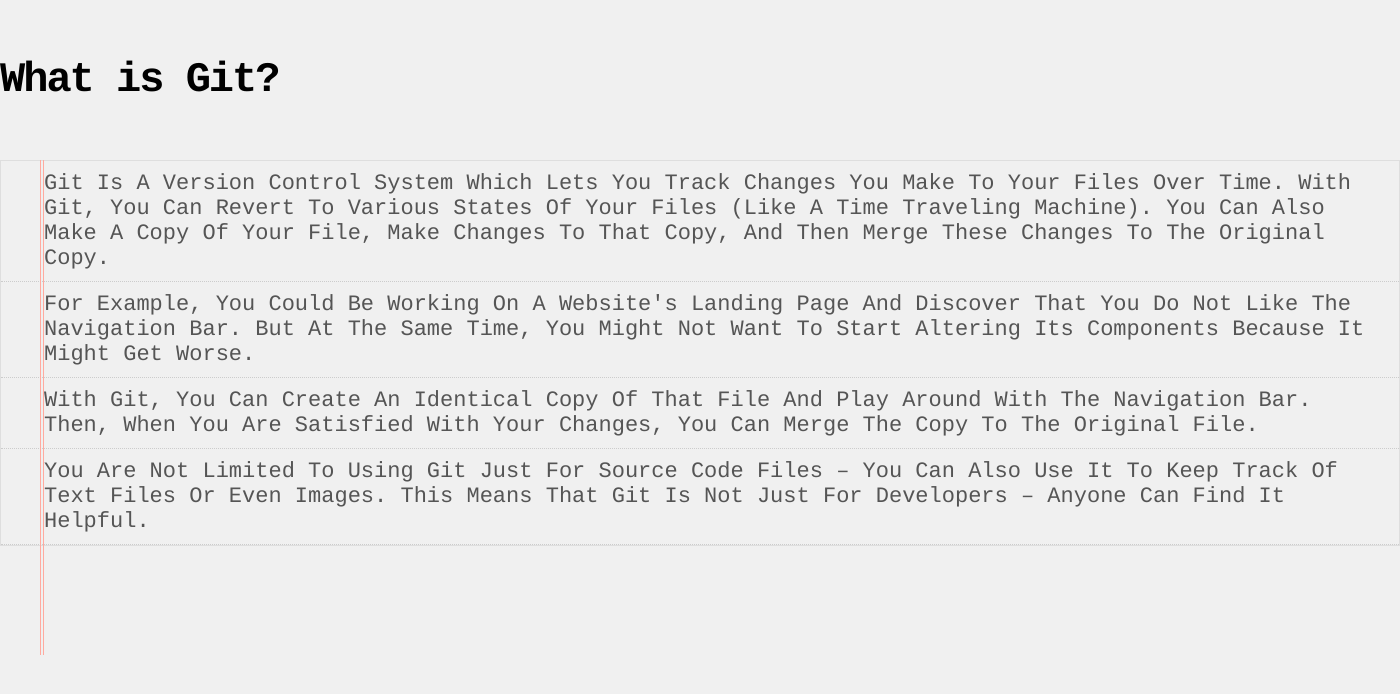
Repository: dev-singh-kanyal/Archive-git_github
Page: src/what is git.html
These files come from the project's save history. The page is drawn as it stood at one moment and after the next save; the edit follows.
The browser window is 1280 px wide. The page is 1400 px wide, so the pictures cover 1400 px, including what lies to the right of the window. The pictures show the whole page.
Some web fonts or font styles are not loaded; a fallback is used.

Above is the page before, as saved 2022-06-24 16:44:55.

### src/what is git.html
<!DOCTYPE HTML>
<html>

<head>
   <meta charset="UTF-8">
   <title>Git</title>
   <link rel="stylesheet" href="/src/style.css">
   <link href="https://fonts.googleapis.com/css2?family=Reenie+Beanie&display=swap" rel="stylesheet">
</head>

<body>

    <h4>What is Git?</h4>

    <div class="lines"></div>

    <ul class="list">
      <li>Git is a version control system which lets you track changes you make to your files over time. With Git, you can revert to various states of your files (like a time traveling machine). You can also make a copy of your file, make changes to that copy, and then merge these changes to the original copy.</li>
      <li>For example, you could be working on a website's landing page and discover that you do not like the navigation bar. But at the same time, you might not want to start altering its components because it might get worse.</li>
      <li>With Git, you can create an identical copy of that file and play around with the navigation bar. Then, when you are satisfied with your changes, you can merge the copy to the original file.</li>
      <li>You are not limited to using Git just for source code files – you can also use it to keep track of text files or even images. This means that Git is not just for developers – anyone can find it helpful.</li>
    </ul>

</body>
</html>

### src/style.css
body {
    background-color: hsl(0, 0%, 94%);
    width: 1400px;
    margin: 0 auto;
    padding: 0;
  }
  h4 {
    color: #000000;
    font-size: 42px;
    letter-spacing: -2px;
    font-family: courier, monospace;
    text-align: left;
  }
  a {
    text-decoration: none;
    color: inherit;
  }
  .list {
    color: #555;
    /* background-color: peachpuff; */
    font-size: 22px;
    /* font-size: 2rem; */
    padding: 0 !important;
    width: auto;
    /* font-family: 'Reenie Beanie'; */
    font-family: courier, monospace;
    border: 1px solid #dedede;

  }
  .list li {
    list-style: none;
    border-bottom: 1px dotted #ccc;
    /* text-indent: 25px; */
    height: auto;
    padding: 10px;
    text-transform: capitalize;
  }
  .list li:hover {
    background-color: #5a99a3;
    color: white;
    -webkit-transition: all 0.2s;
    -moz-transition:    all 0.2s;
    -ms-transition:     all 0.2s;
    -o-transition:      all 0.2s;
  }
  .lines {
    border-left: 1px solid #ffaa9f;
    border-right: 1px solid #ffaa9f;
    width: 2px;
    float: left;
    height: 495px;
    margin-left: 40px;

  }

After the next save:
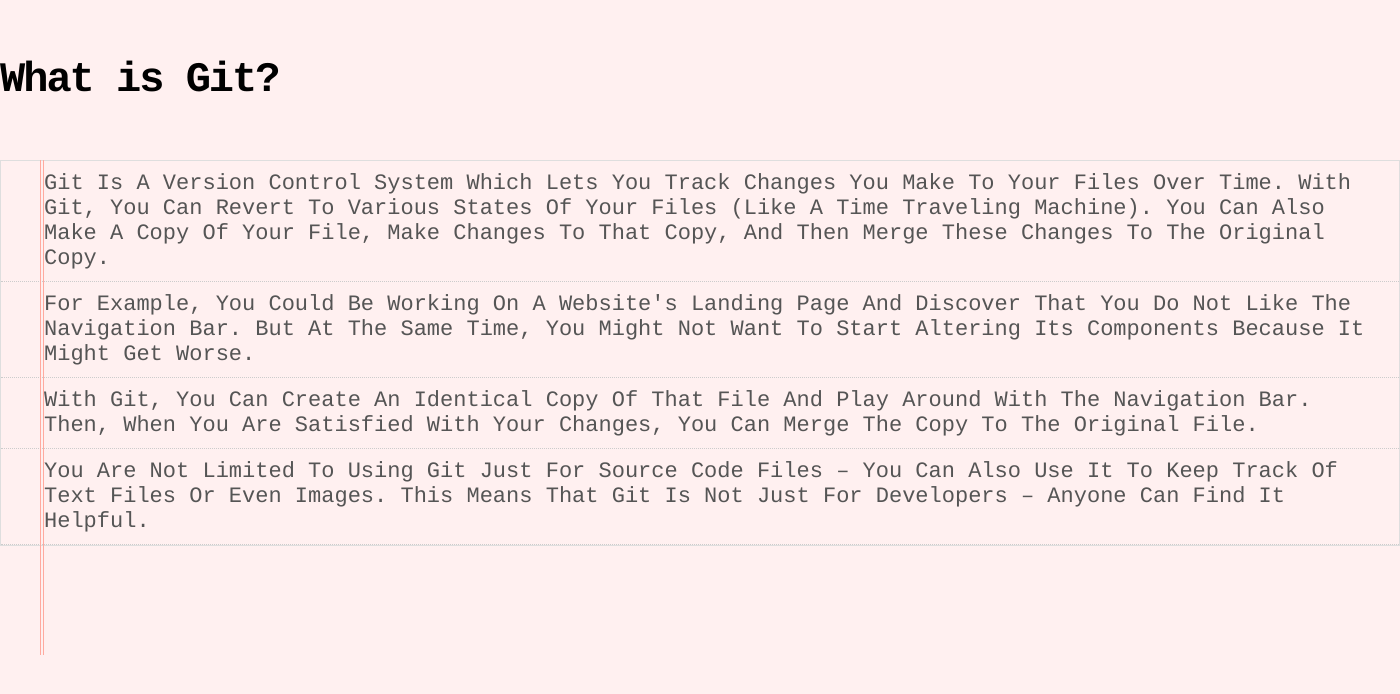
Saved 4 s later.
--- a/src/style.css
+++ b/src/style.css
@@ -1,5 +1,5 @@
 body {
-    background-color: hsl(0, 0%, 94%);
+    background-color: hsl(0, 100%, 97%);
     width: 1400px;
     margin: 0 auto;
     padding: 0;
